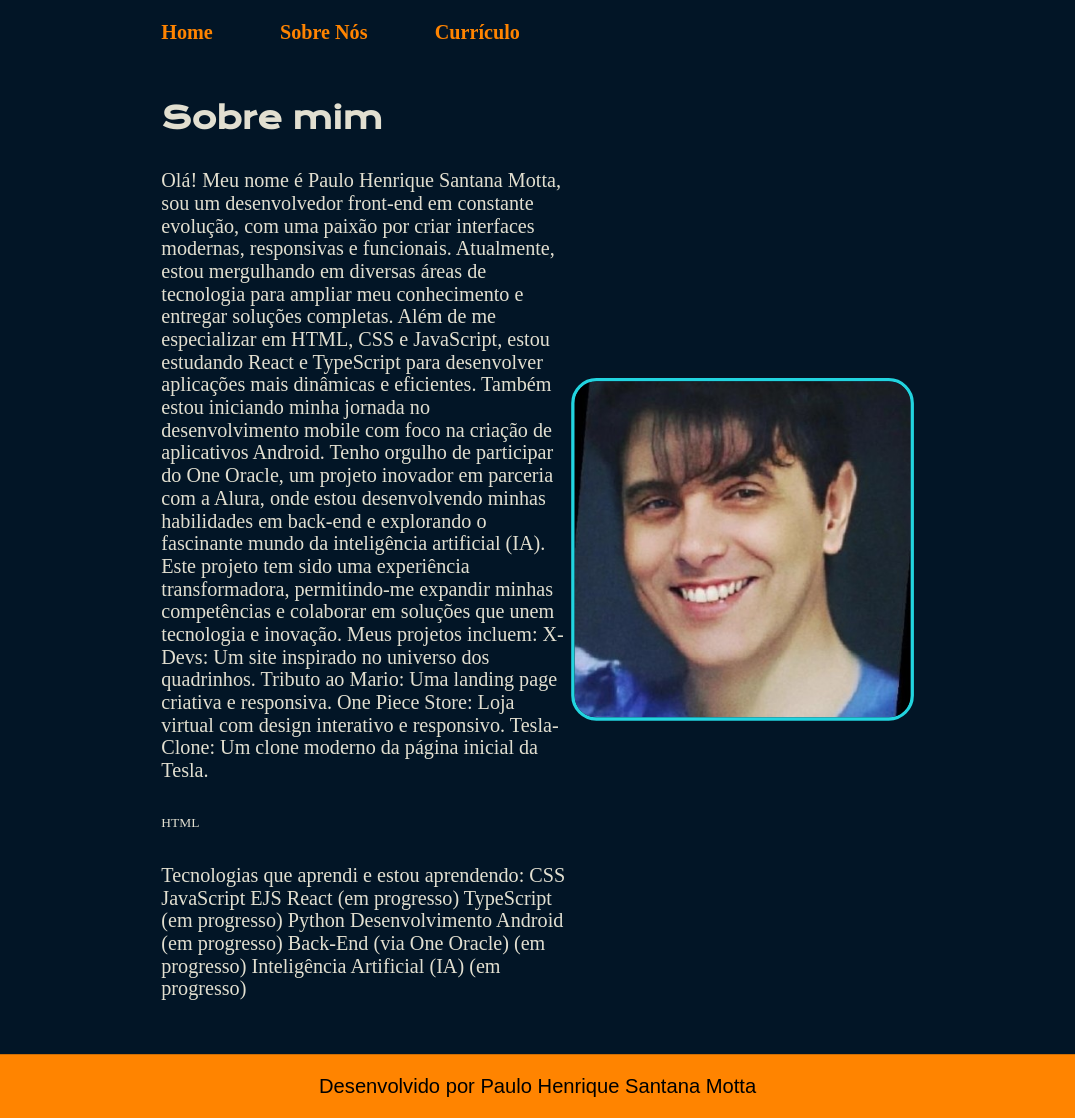
Repository: phsmottanerd/projeto-portfolio-alura
Page: about.html
The author's editor kept a copy of each file at every save. The page is drawn from the files as they stood at one save, then again after the next save.
The browser window is 1280 px wide. The pictures show the whole page, at 84% of full size.

Above is the page before, as saved 2025-01-30 01:08:10.

After the next save:
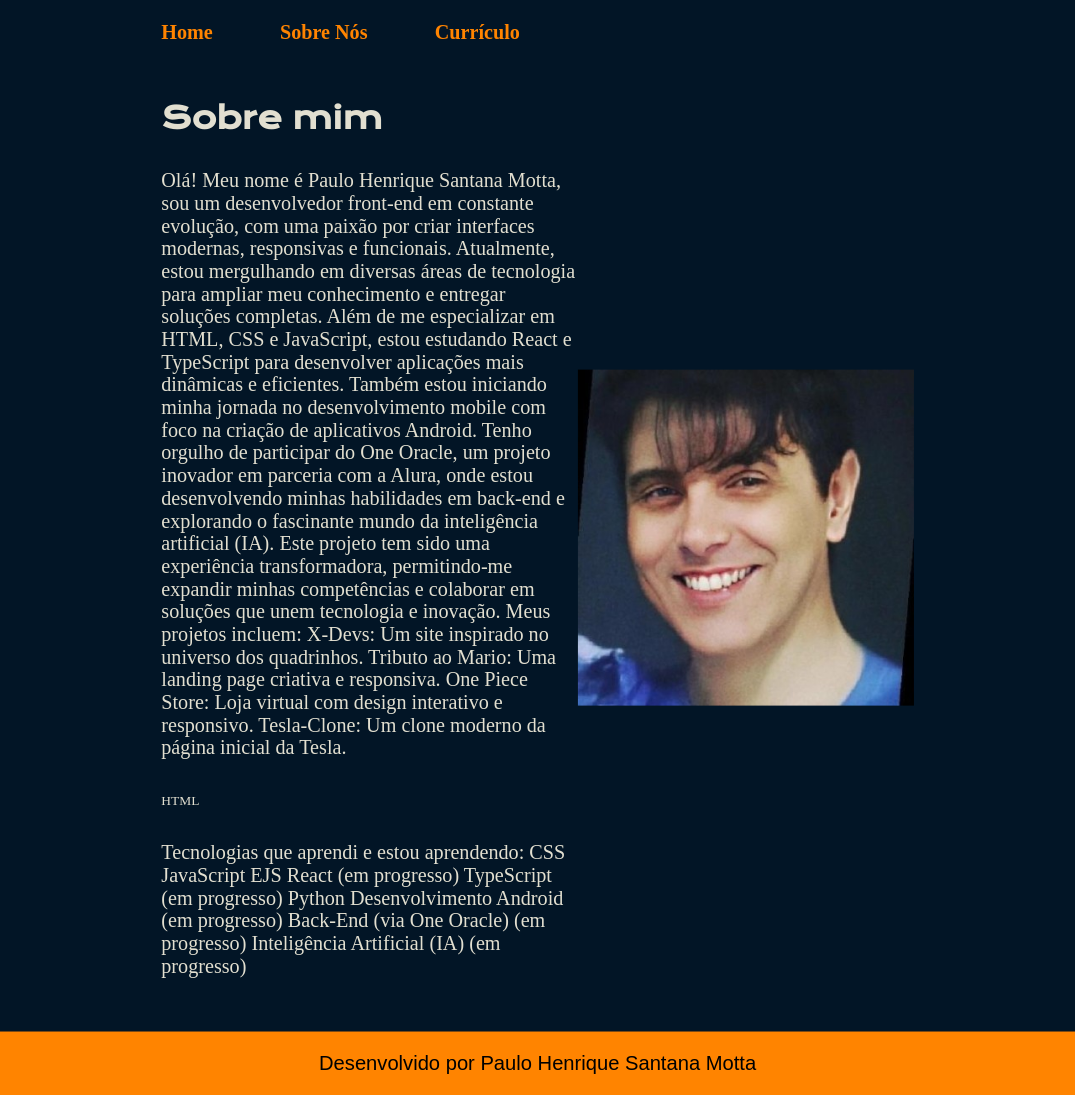
Saved 104 s later.
--- a/about.html
+++ b/about.html
@@ -43,7 +43,7 @@
     Inteligência Artificial (IA) (em progresso)</p>
 </section>
 
-<img class="img-foto" src="./img/1722867171561.jpg" alt="Paulo Henrique Santana Motta  programando" />
+<img class="apresentacao__imagem" src="./img/1722867171561.jpg" alt="Paulo Henrique Santana Motta  programando" />
 </main>
 <footer class="rodape">
     <p>Desenvolvido por Paulo Henrique Santana Motta</p>
